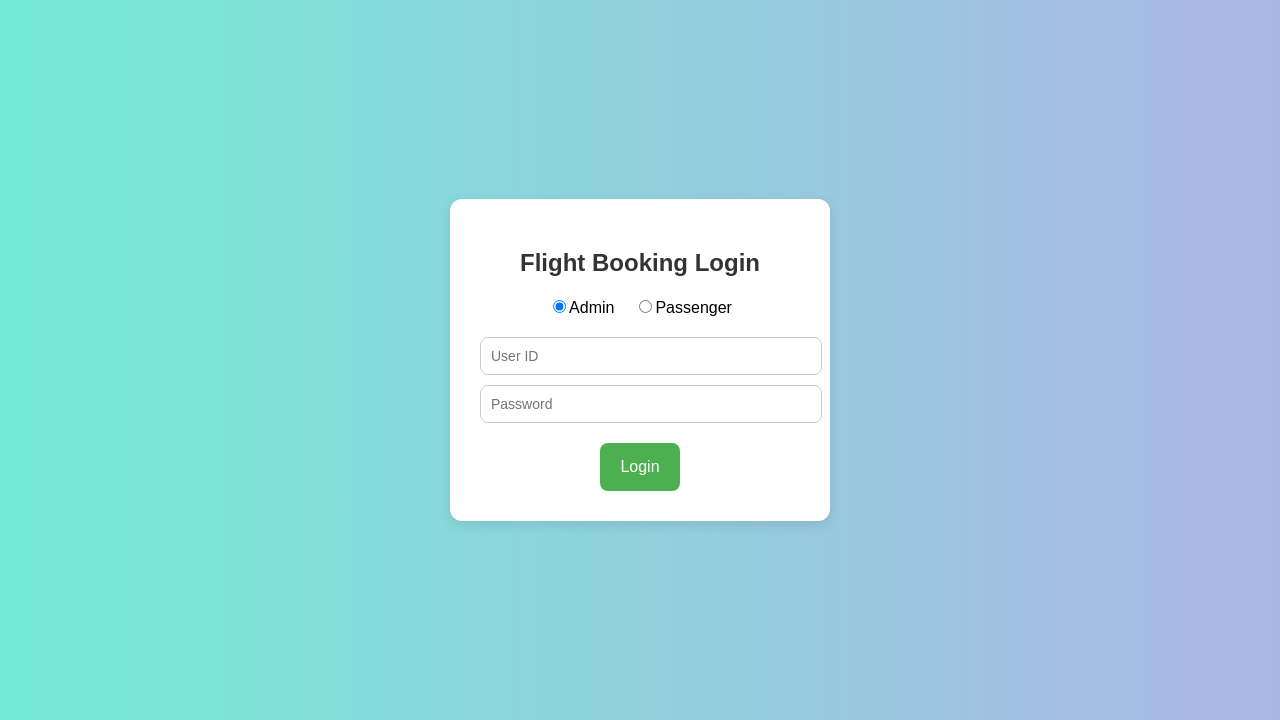
Repository: Shenes35/Booking-system
Page: / (app in frontend/)
The author's editor kept a copy of each file at every save. The page is drawn from the files as they stood at one save, then again after the next save.
The browser window is 1280 px wide. The pictures show the whole page.
The project was rebuilt for these pictures with package versions that can differ from the ones it lists, and the page was loaded fresh each time.

Above is the page before, as saved 2025-05-19 10:48:31.

### frontend/src/index.js
import React from 'react';
import ReactDOM from 'react-dom/client';
import './index.css';
import App from './App.jsx';       // ONLY one import of App
import reportWebVitals from './reportWebVitals';

const root = ReactDOM.createRoot(document.getElementById('root'));
root.render(
  <React.StrictMode>
    <App />
  </React.StrictMode>
);

reportWebVitals();

### frontend/src/App.jsx
import React, { useState } from 'react';
import LoginPage from './components/LoginPage';

const App = () => {
  const [userRole, setUserRole] = useState(null);

  if (!userRole) {
    return <LoginPage setUserRole={setUserRole} />;
  }

  return (
    <div>
      <h1>Welcome, {userRole}!</h1>
      {/* Add more UI or navigation here */}
    </div>
  );
};

export default App;

### frontend/src/components/LoginPage.jsx
import React, { useState } from 'react';

const LoginPage = ({ setUserRole }) => {
  const [role, setRole] = useState('admin');
  const [userId, setUserId] = useState('');
  const [password, setPassword] = useState('');

  const handleSubmit = (e) => {
    e.preventDefault();
    if (!userId || !password) {
      alert('Please enter User ID and Password');
      return;
    }
    setUserRole(role);
  };

  return (
    <div style={styles.container}>
      <div style={styles.card}>
        <h2 style={styles.title}>Flight Booking Login</h2>
        <form onSubmit={handleSubmit}>
            <div style={styles.roleSelection}>
            <label style={styles.radioLabel}>
                <input type="radio" value="admin" checked={role === 'admin'} onChange={() => setRole('admin')} />
                Admin
            </label>
            <label style={styles.radioLabel}>
                <input type="radio" value="passenger" checked={role === 'passenger'} onChange={() => setRole('passenger')} />
                Passenger
            </label>
            </div>
            <input
                type="text"
                placeholder="User ID"
                value={userId}
                onChange={(e) => setUserId(e.target.value)}
                style={styles.input}
            />
            <input
                type="password"
                placeholder="Password"
                value={password}
                onChange={(e) => setPassword(e.target.value)}
                style={styles.input}
            />
            <button type="submit" style={styles.button}>Login</button>
        </form>
        </div>
    </div>
  );
};
const styles = {
  container: {
    display: 'flex',
    justifyContent: 'center',
    alignItems: 'center',
    height: '100vh',
    background: 'linear-gradient(to right, #74ebd5, #ACB6E5)',
    fontFamily: 'Arial, sans-serif',
  },
  card: {
    padding: '30px',
    borderRadius: '12px',
    backgroundColor: '#ffffff',
    boxShadow: '0 4px 12px rgba(0, 0, 0, 0.1)',
    minWidth: '320px',
    textAlign: 'center',
  },
  title: {
    marginBottom: '20px',
    color: '#333',
  },
  roleSelection: {
    display: 'flex',
    justifyContent: 'center',
    gap: '20px',
    marginBottom: '20px',
  },
  radioLabel: {
    fontSize: '16px',
  },
  input: {
    display: 'block',
    width: '100%',
    padding: '10px',
    margin: '10px 0',
    border: '1px solid #ccc',
    borderRadius: '8px',
    fontSize: '14px',
  },
  button: {
    backgroundColor: '#4CAF50',
    color: '#ffff',
    padding: '15px 20px',
    border: 'none',
    borderRadius: '8px',
    cursor: 'pointer',
    fontSize: '16px',
    marginTop: '10px',
  },
};

export default LoginPage;

Loaded but not shown: frontend/public/index.html (common file); frontend/src/index.css (common file); frontend/src/reportWebVitals.js (common file)

After the next save:
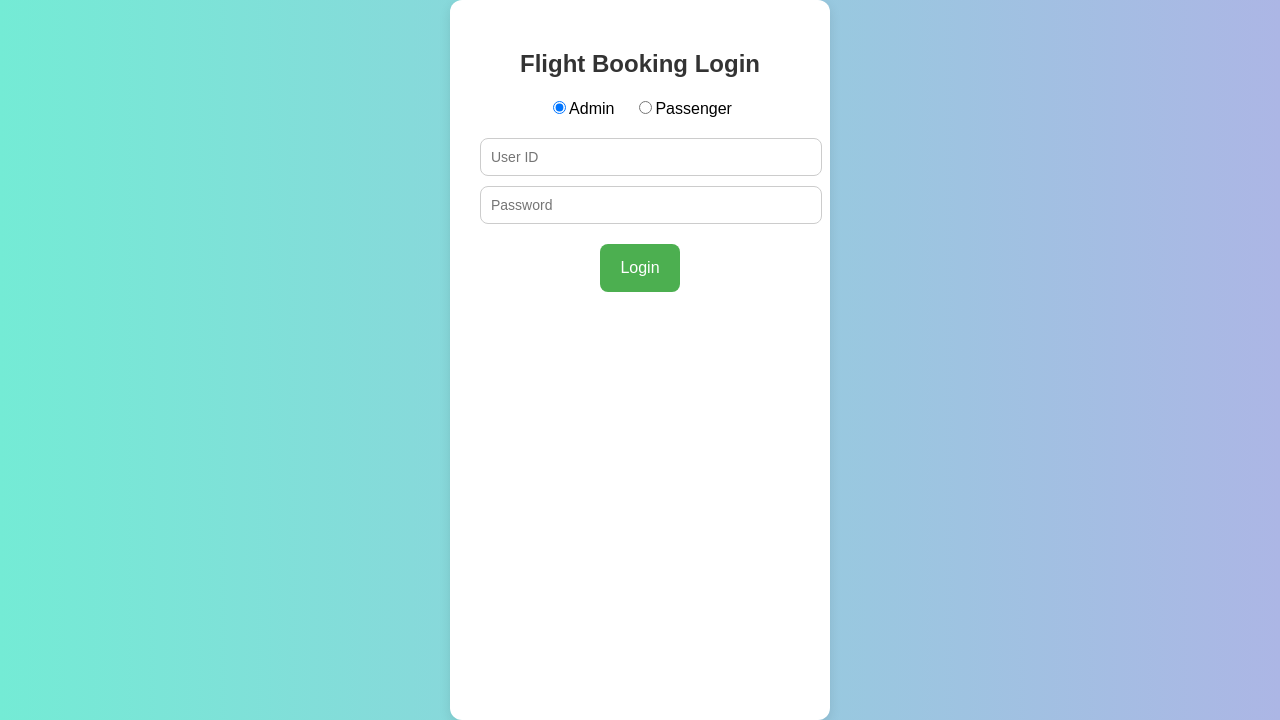
Saved 6 s later.
--- a/frontend/src/components/LoginPage.jsx
+++ b/frontend/src/components/LoginPage.jsx
@@ -53,7 +53,7 @@
   container: {
     display: 'flex',
     justifyContent: 'center',
-    alignItems: 'center',
+    alignItems: 'top',
     height: '100vh',
     background: 'linear-gradient(to right, #74ebd5, #ACB6E5)',
     fontFamily: 'Arial, sans-serif',

After the 2 saves that followed:
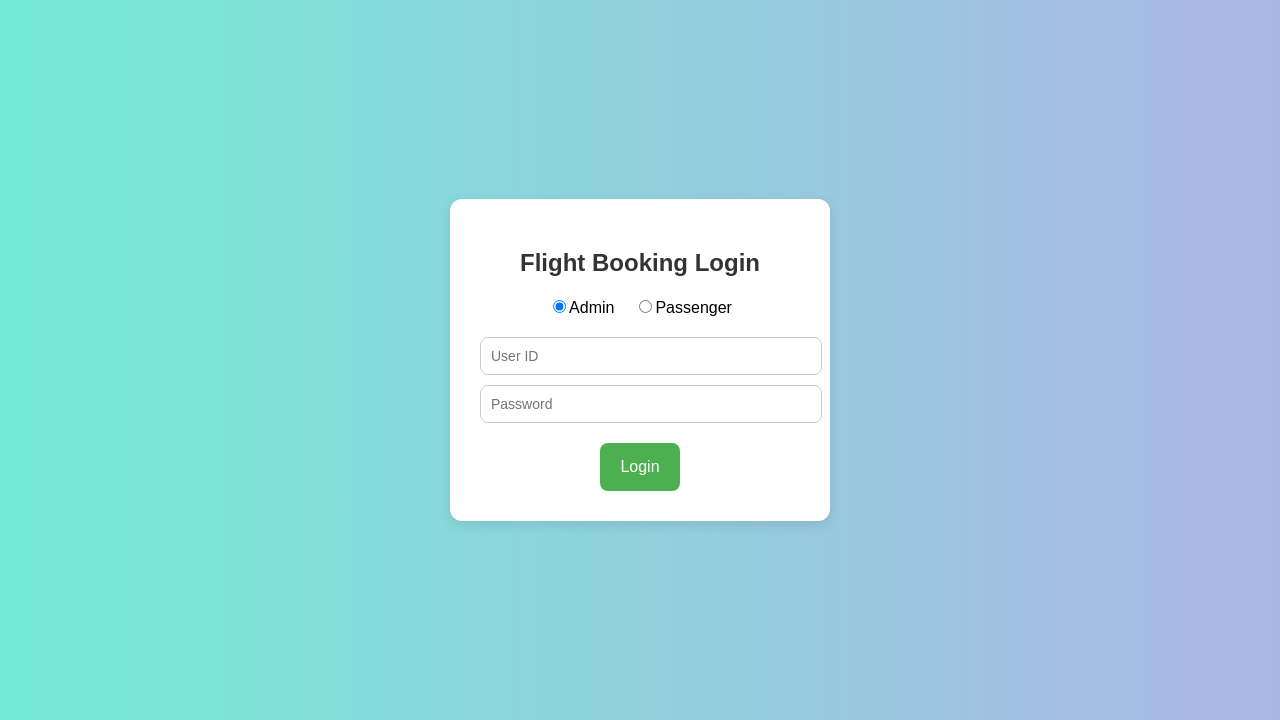
The 2 saves are shown as one change because they came seconds apart.
The last was saved 15 s later.
--- a/frontend/src/components/LoginPage.jsx
+++ b/frontend/src/components/LoginPage.jsx
@@ -53,7 +53,7 @@
   container: {
     display: 'flex',
     justifyContent: 'center',
-    alignItems: 'top',
+    alignItems: 'center',
     height: '100vh',
     background: 'linear-gradient(to right, #74ebd5, #ACB6E5)',
     fontFamily: 'Arial, sans-serif',
